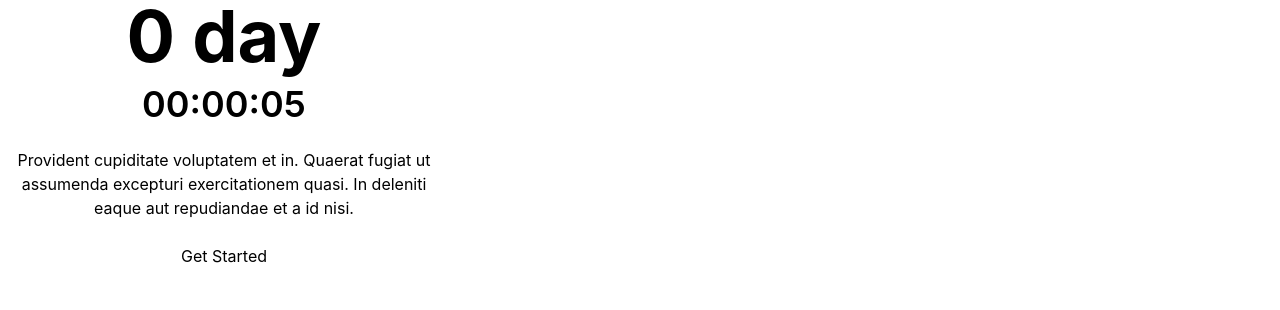
Repository: RahmanRakib9/TwentyOne
Page: /
The author's editor kept a copy of each file at every save. The page is drawn from the files as they stood at one save, then again after the next save.
The browser window is 1280 px wide. The pictures show the whole page.
The project was rebuilt for these pictures with package versions that can differ from the ones it lists, and the page was loaded fresh each time.

Above is the page before, as saved 2022-10-13 17:56:22.

After the next save:
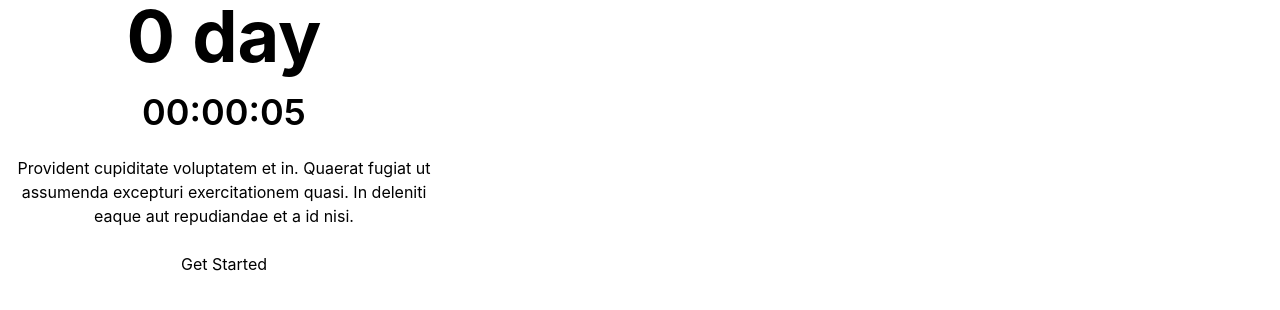
Saved 4 s later.
--- a/src/components/Timer.js
+++ b/src/components/Timer.js
@@ -7,7 +7,7 @@ const Timer = () => {
     <div class="hero min-h-screen bg-base-200">
       <div class="hero-content text-center">
         <div class="max-w-md">
-          <h1 class="text-7xl font-bold mb-3">
+          <h1 class="text-7xl font-bold mb-5">
             {day} {day > 0 || 1 ? "day" : "days"}
           </h1>
           <h3 className="text-4xl font-semibold">
